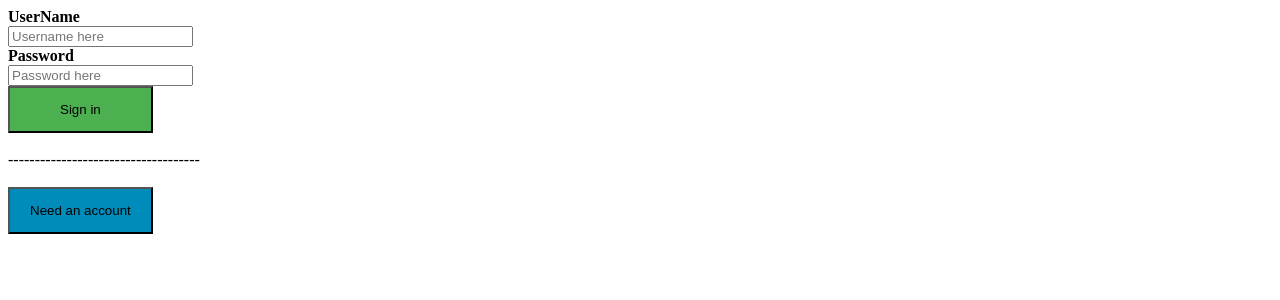
Repository: hamshini/demopro
Page: wippro/Application/WebContent/signin.html
The author's editor kept a copy of each file at every save. The page is drawn from the files as they stood at one save, then again after the next save.
The browser window is 1280 px wide. The pictures show the whole page.

Above is the page before, as saved 2018-01-06 05:43:47.

After the next save:
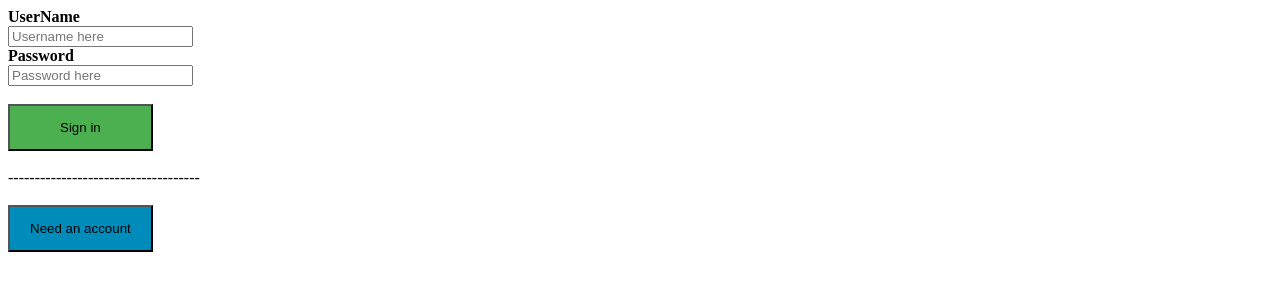
Saved 33 s later.
--- a/wippro/Application/WebContent/signin.html
+++ b/wippro/Application/WebContent/signin.html
@@ -19,9 +19,12 @@
 <div class="form-group">
  <label><b>UserName</b></label><br>
     <input type="text" placeholder="Username here"  class="form-control" name="user" required><br>
-    <label><b>Password</b></label><br>
-    <input type="text" placeholder="Password here"  class="form-control" name="pwd" required><br>
+    <label><b>Password</b></label>
+    <br>
+    <input type="text" placeholder="Password here"  class="form-control" name="pwd" required>
+    <br>
     </div>
+    <br>
      <div class="clearfix">
       <button type="button" class="signinbtn">Sign in</button>
 
